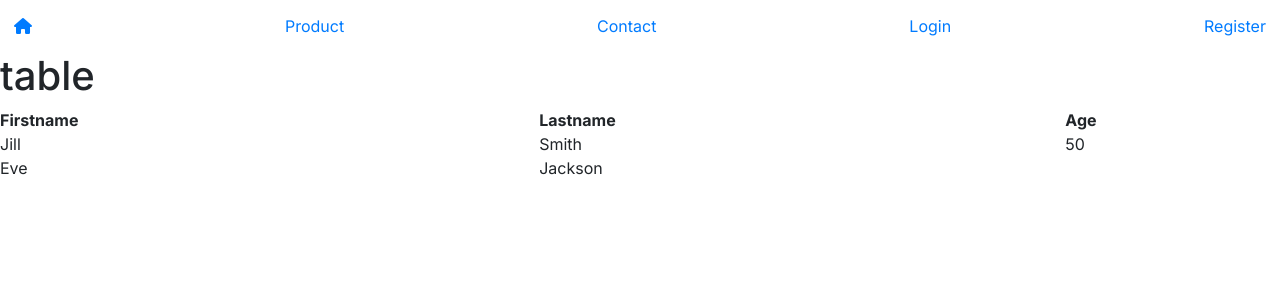
Repository: bao2222/hoc-lam-web
Page: About-me.html
An editor plug-in stored every save of this project. The page is shown before and after the next save, followed by the edit.
The browser window is 1280 px wide. The pictures show the whole page.
Some web fonts or font styles are not loaded; a fallback is used.

Above is the page before, as saved 2025-01-23 17:49:43.

After the next save:
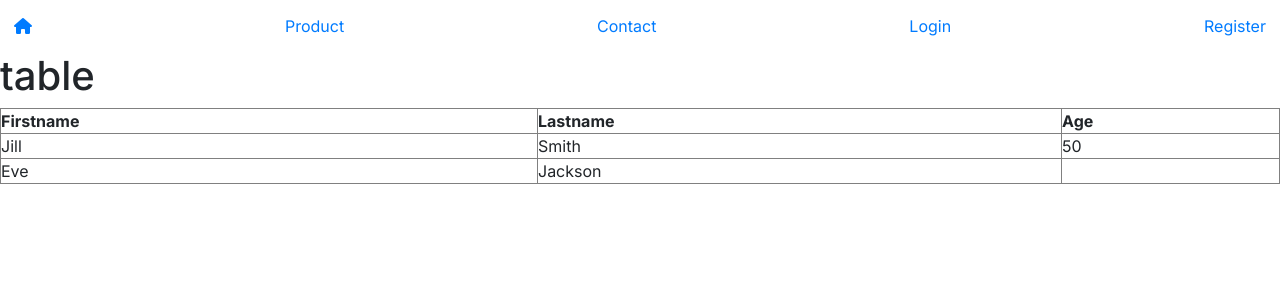
Saved 38 s later.
--- a/About-me.html
+++ b/About-me.html
@@ -41,7 +41,7 @@
         </header>
         <main>
             <h1>table</h1>
-            <table style="width:100%">
+            <table style="width:100%" border>
                 <tr>
                     <th>Firstname</th>
                     <th>Lastname</th>
